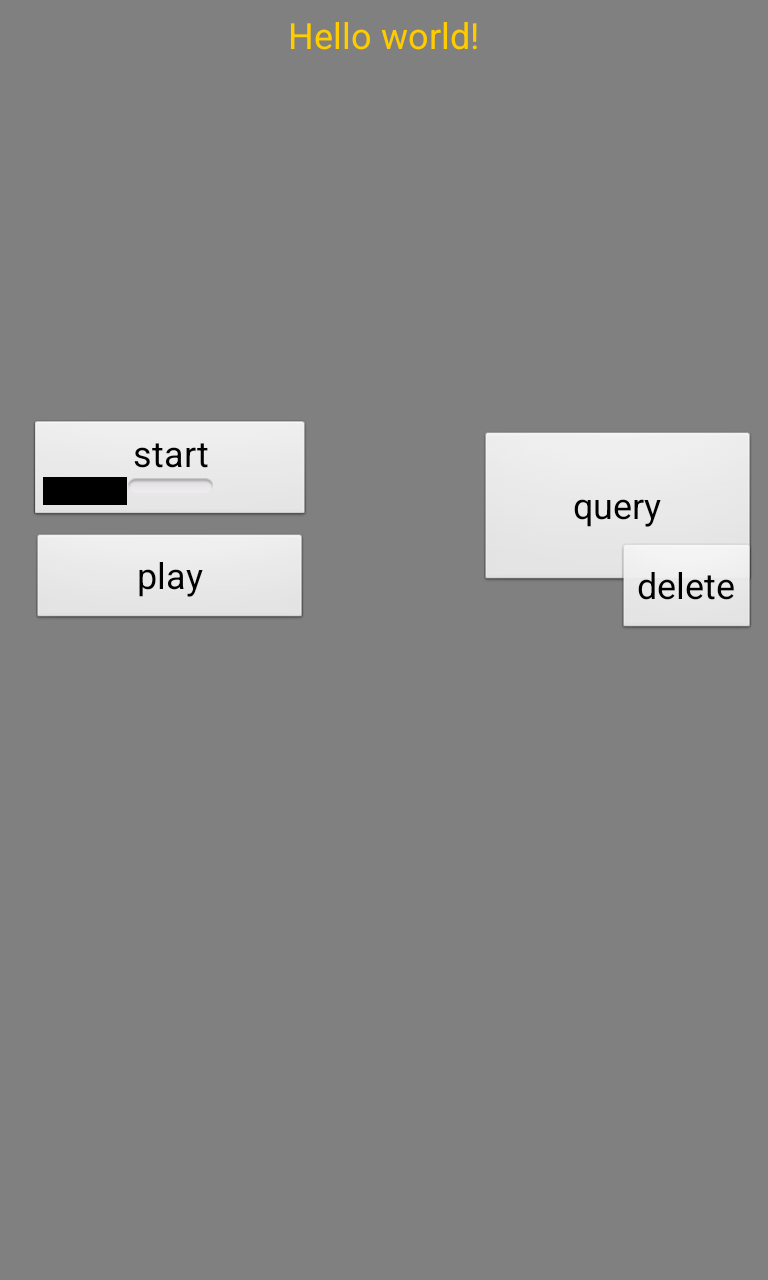
Repository: FreyrChen/tucan_Linux_practice
Layout: 4_Android_program/MusicIdentify/res/layout/activity_main.xml
These files come from the project's save history. The layout is drawn as it stood at one moment and after the next save; the edit follows.
It is drawn on a 768 x 1280 px phone screen (xhdpi) without system bars, with theme AppTheme; the app's code is not run.

Above is the layout before, as saved 2013-05-30 08:56:00.

After the next save:
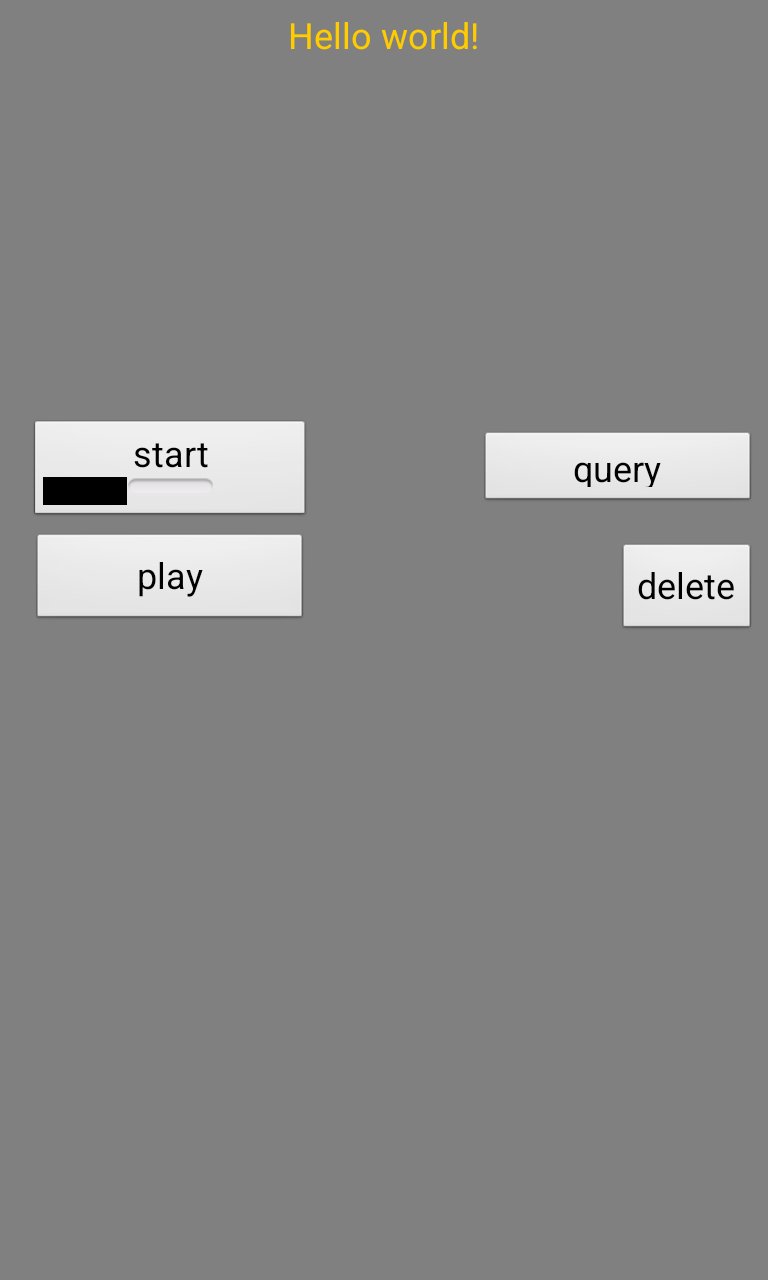
Saved 22 s later.
--- a/4_Android_program/MusicIdentify/res/layout/activity_main.xml
+++ b/4_Android_program/MusicIdentify/res/layout/activity_main.xml
@@ -33,7 +33,7 @@
     <Button
 	 	android:id="@+id/query_button"
 	 	android:layout_width="140dp"
-	 	android:layout_height="80dp"
+	 	android:layout_height="40dp"
 	 	android:textSize="18sp"
 	 	android:text="@string/query"
 	    android:layout_marginTop="5dp"
